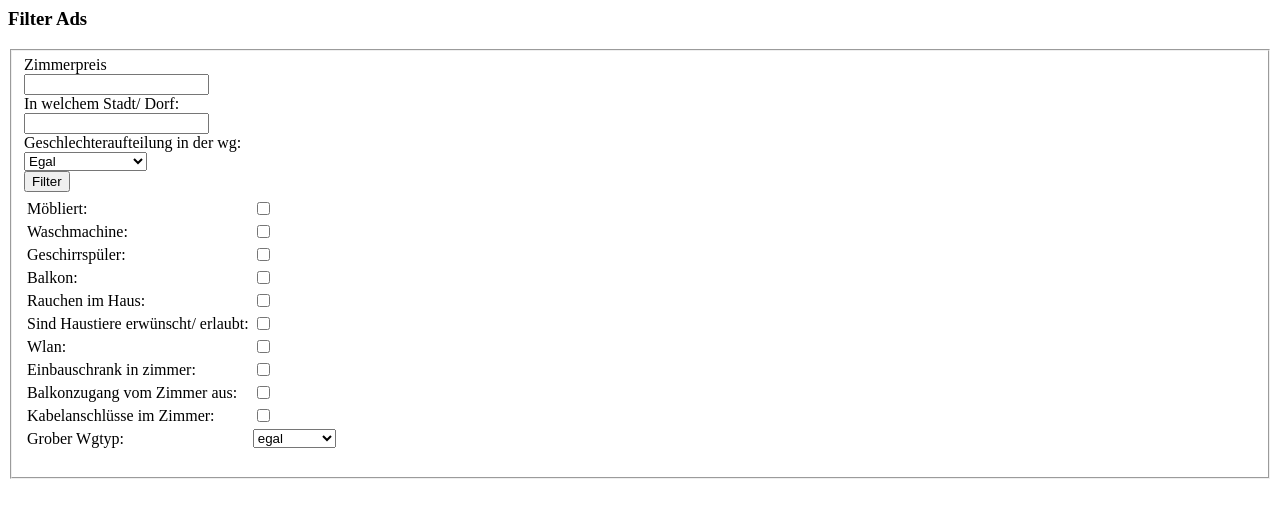
Repository: ese-unibe-ch/ese2014-team2
Page: http://localhost/Skeleton/pages/template/filter.jsp
These files come from the project's save history. The page is drawn as it stood at one moment and after the next save; the edit follows.
The browser window is 1280 px wide. The pictures show the whole page.
The page is served by Tomcat 9. Nobody is signed in. The application's start-up code is not run. The template is opened directly, without the code that normally fills it, so the values that code supplies are empty.

Above is the page before, as saved 2014-10-30 16:41:18.

After the next save:
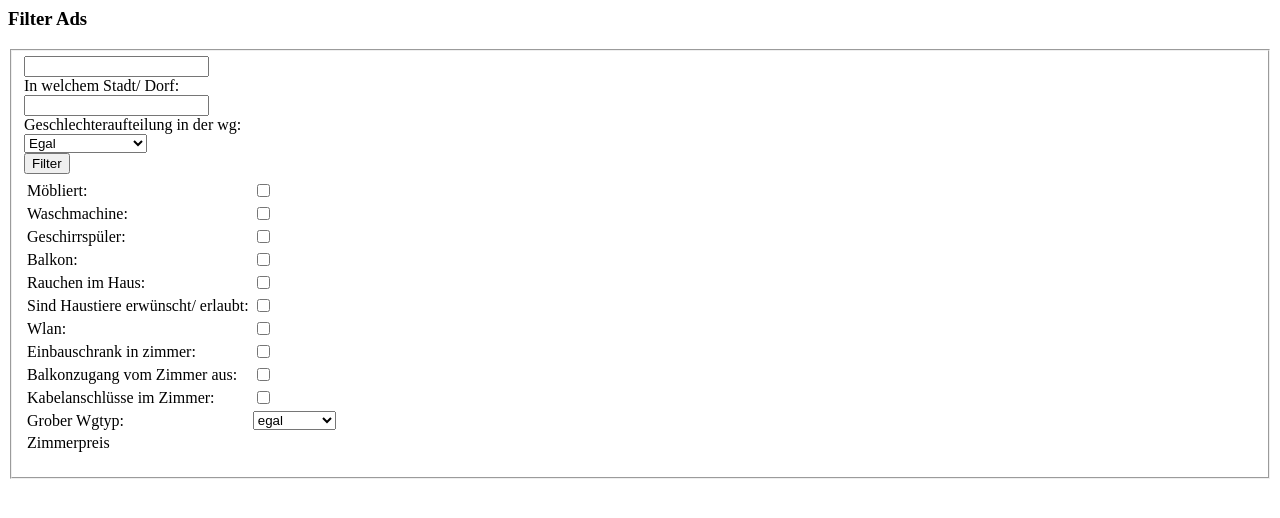
Saved 24 s later.
--- a/Skeleton/src/main/webapp/pages/template/filter.jsp
+++ b/Skeleton/src/main/webapp/pages/template/filter.jsp
@@ -144,38 +144,40 @@
 				</tr>
 
 				<tr>
-					<td></td>
-					<td></td>
-				</tr>
-
-				<tr>
-					<td></td>
-					<td></td>
-				</tr>
-
-				<tr>
-					<td></td>
-					<td></td>
-				</tr>
-
-				<tr>
-					<td></td>
-					<td></td>
-				</tr>
-
-
-
-
-
-
-
-
-
-
-
-
-
+					<td>
 						<label class="control-label" for="field-roomPrice">Zimmerpreis</label>
+					</td>
+					<td></td>
+				</tr>
+
+				<tr>
+					<td></td>
+					<td></td>
+				</tr>
+
+				<tr>
+					<td></td>
+					<td></td>
+				</tr>
+
+				<tr>
+					<td></td>
+					<td></td>
+				</tr>
+
+
+
+
+
+
+
+
+
+
+
+
+
+
 						<div class="controls">
 						<form:input path="roomPrice" id="field-roomPrice" tabindex="11"
 					maxlength="10" />
